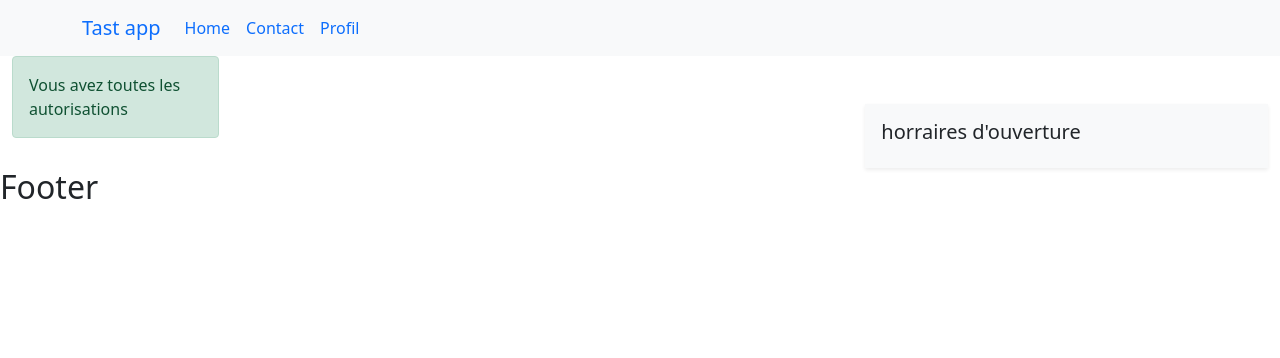
Repository: FS-23/php-getstarted
Page: http://localhost/
These files come from the project's save history. The page is drawn as it stood at one moment and after the next save; the edit follows.
The browser window is 1280 px wide. The pictures show the whole page.
The page is run by PHP 8.4 with error messages shown; the project is at /var/www/html/.

Above is the page before, as saved 2022-05-28 12:30:30.

### demoAPP/index.php

<?php require_once './layouts/header.php' ?>
<?php
    $horraire = [
        "08:00 - 12:00",
        "12:30 - 18:00",
        "19:30 - 22:00"
    ];


    $user = "admin"

?>
<div class="row mx-0">
    <div class="col-8">
                 <?php if($user == "admin") : ?>
                    <div class="alert alert-success w-25"> Vous avez toutes les autorisations</div>

                   <?php else: ?>
                    <div class="alert alert-danger w-25"> Vous n'avez pas les autorisations</div>
                 <?php endif ?>
    </div>
    <div class="col-4 ">
        <div class="shadow-sm bg-light p-3 mt-5">
            <h5> horraires d'ouverture</h5>
            <div class="mt-2">
                   <?php foreach($horraire as $item):  ?>

                   <?php endforeach; ?>




                  <?php
                    // if($user == "admin")
                    //  echo '<div class="alert alert-success"> Vous avez toutes les autorisations</div>';
                    // else
                    //   echo '<div class="alert alert-danger"> Vous n\'avez pas les autorisations</div>';
                  ?>
            </div>
        </div>
    </div>
</div>

<?php require_once './layouts/footer.php' ?>

### demoAPP/layouts/header.php

<link rel="stylesheet" href="https://cdn.jsdelivr.net/npm/bootstrap@5.1.3/dist/css/bootstrap.min.css">
<nav class="navbar navbar-expand-lg bg-light">
  <div class="container">
    <button class="navbar-toggler" type="button" data-bs-toggle="collapse" data-bs-target="#navbarTogglerDemo01" aria-controls="navbarTogglerDemo01" aria-expanded="false" aria-label="Toggle navigation">
      <span class="navbar-toggler-icon"></span>
    </button>
    <div class="collapse navbar-collapse" id="navbarTogglerDemo01">
      <a class="navbar-brand" href="/">Tast app</a>
      <ul class="navbar-nav me-auto mb-2 mb-lg-0">
        <li class="nav-item">
          <a class="nav-link active" aria-current="page" href="/pages/home.php">Home</a>
        </li>
        <li class="nav-item">
          <a class="nav-link" href="/pages/contact.php">Contact</a>
        </li>
        <li class="nav-item">
          <a class="nav-link" href="/pages/profil.php">Profil</a>
        </li>
      </ul>

    </div>
  </div>
</nav>

### demoAPP/layouts/footer.php
<div>
    <h2>Footer</h2>
</div>
<script scr="https://cdn.jsdelivr.net/npm/bootstrap@5.1.3/dist/css/bootstrap.min.js"></script>

After the next save:
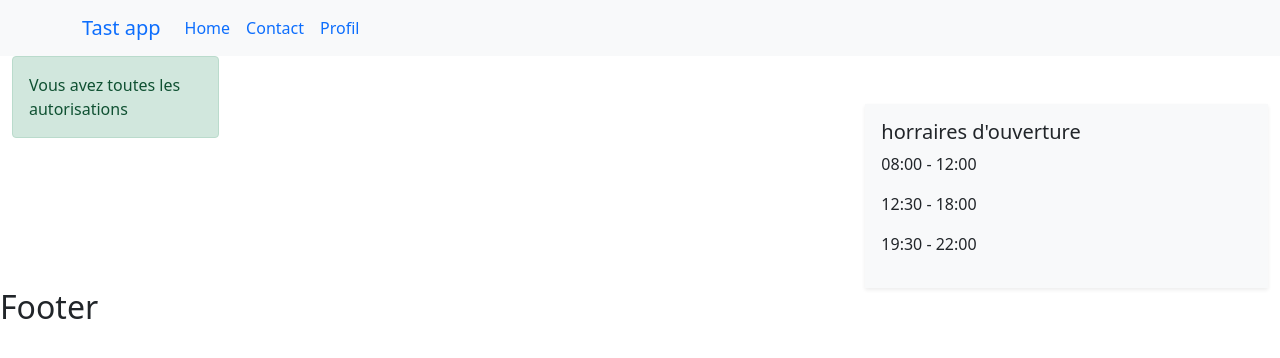
Saved 57 s later.
--- a/demoAPP/index.php
+++ b/demoAPP/index.php
@@ -25,7 +25,7 @@
             <h5> horraires d'ouverture</h5>
             <div class="mt-2">
                    <?php foreach($horraire as $item):  ?>
-
+                       <p><?php echo $item ?></p>
                    <?php endforeach; ?>
 
 
